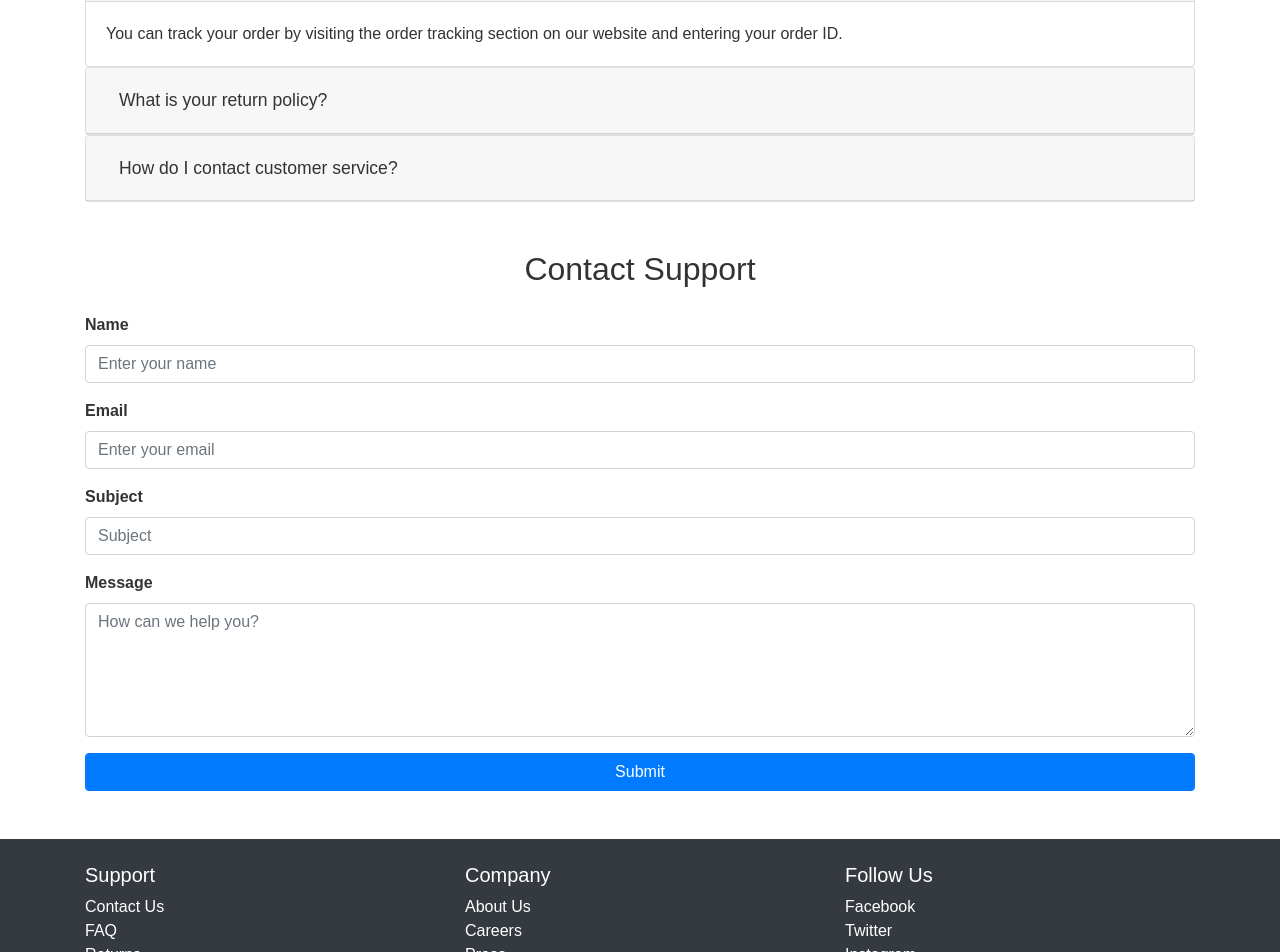
Repository: karim0829/IS218-Django-Laptop-Display
Page: http://localhost/support/
These files come from the project's save history. The page is drawn as it stood at one moment and after the next save; the edit follows.
The browser window is 1280 px wide. The pictures show the part of the page from y = 607 to 1559 px (the page is 1654 px tall before and 1740 px after).
Some web libraries are served in a nearby version. The page is served by the project's application, run on Django 5.2 (manage.py).

Above is the page before, as saved 2025-05-10 12:01:49.

After the next save:
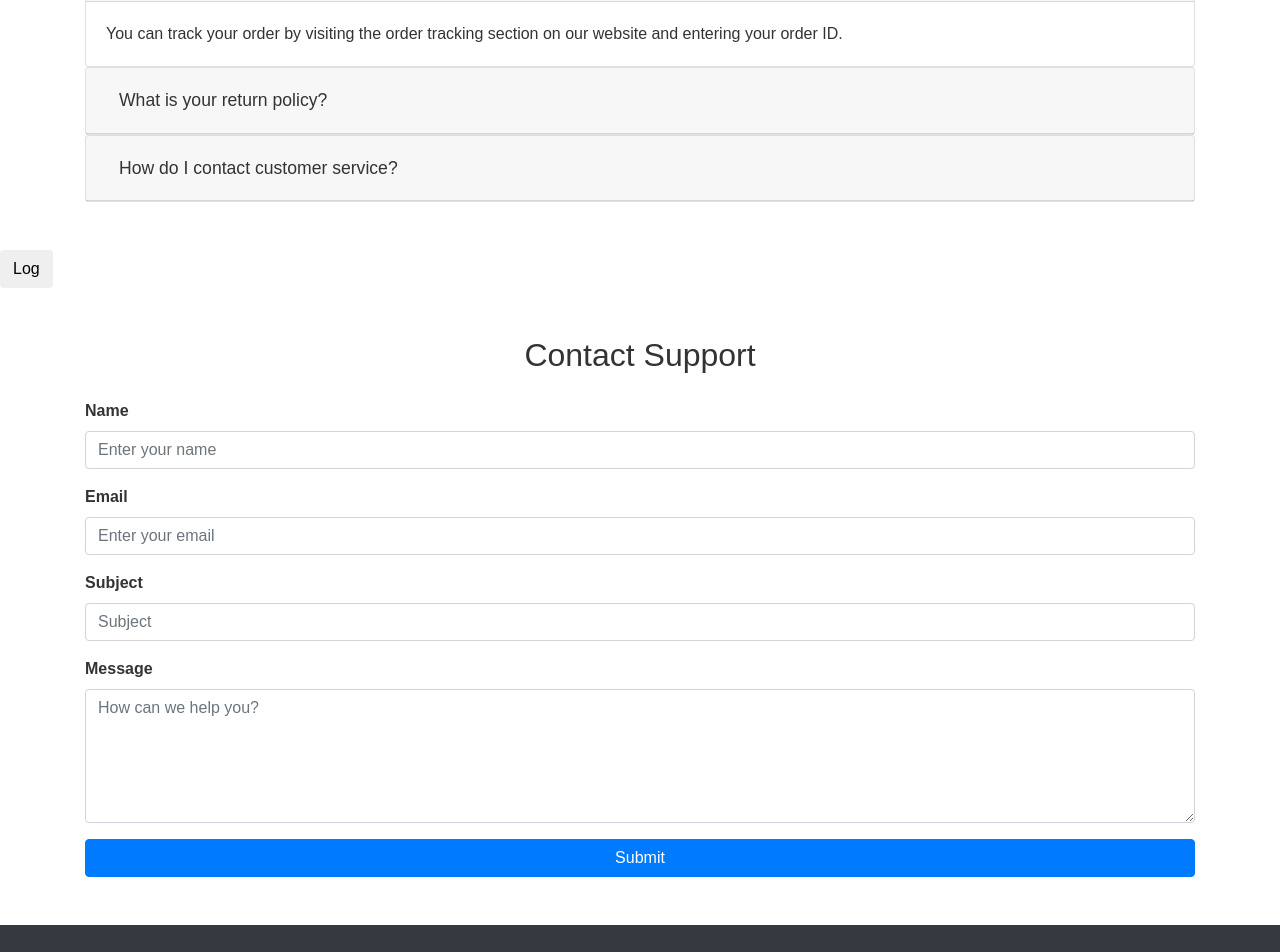
Saved 37 s later.
--- a/homepage/templates/homepage/support.html
+++ b/homepage/templates/homepage/support.html
@@ -142,7 +142,16 @@
     </section>
 
 
-
+{% block content %}
+
+<form method = "post" class="log-form">
+{% csrf_token %}
+
+{{ form.as_p }}
+
+<button type="submit" class = "save btn btn-default">Log</button>
+
+{% endblock %}
 
 
 
@@ -151,6 +160,7 @@
       <h2 class="text-center mb-4">Contact Support</h2>
       <form method = "post">
         {% csrf_token %}
+{{ form.as_p }}
 
         <div class="form-group">
           <label for="name">Name</label>
